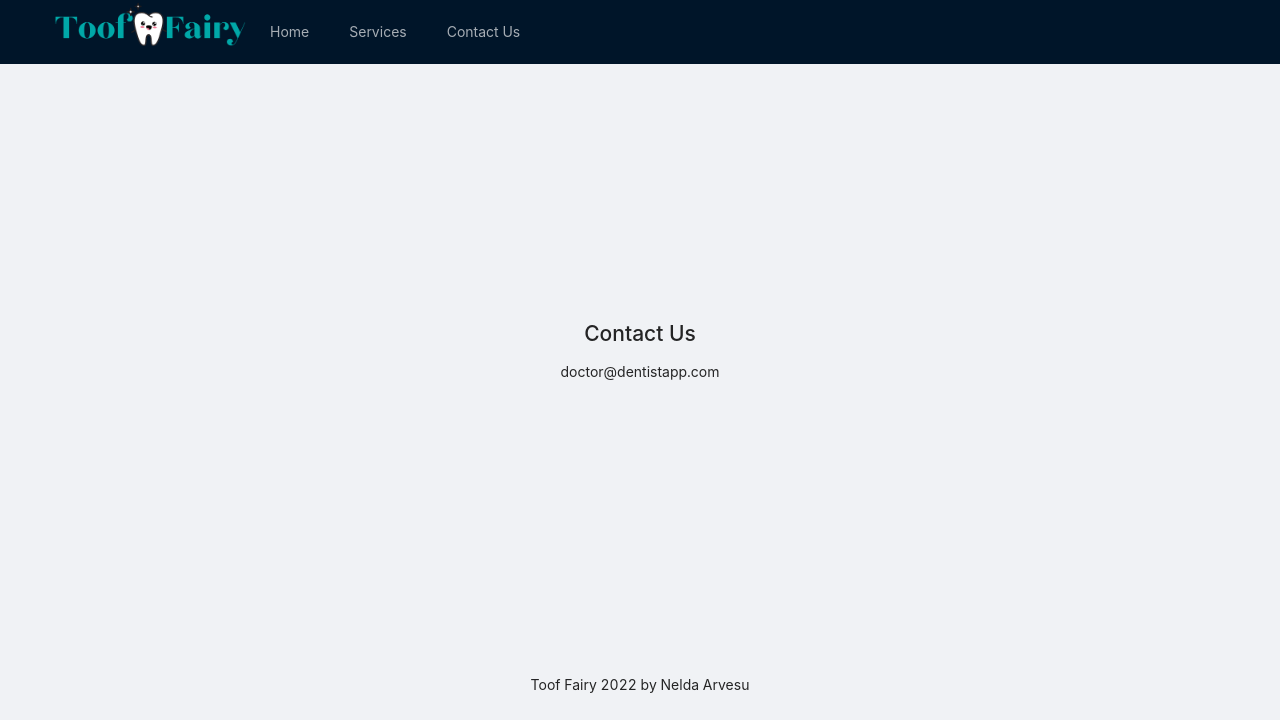
Repository: neldad1/dentist-app
Page: /contact
These files come from the project's save history. The page is drawn as it stood at one moment and after a run of saves; the edit follows.
The browser window is 1280 px wide. The pictures show the whole page.
The project was rebuilt for these pictures with package versions that can differ from the ones it lists, and the page was loaded fresh each time. Also part of the build but not shown: src/components/Home.jsx, src/components/Services/Cosmetic.jsx, src/components/Services/Resorative.jsx, src/components/Services/Preventative.jsx. Imported but missing from the stored project, and not drawn on this page: src/components/Services.

Above is the page before, as saved 2022-03-09 14:36:49.

After the next 3 saves:
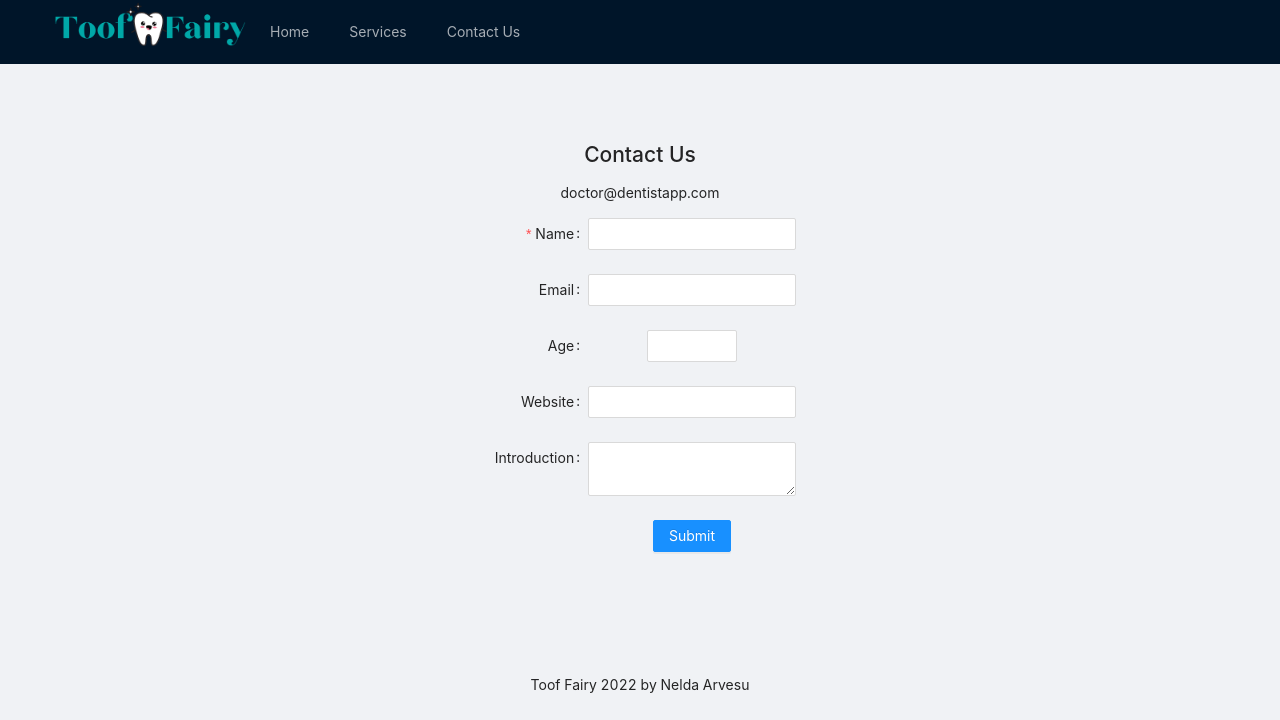
The 3 saves are shown as one change because 2 did not build or start.
The last was saved 3 min 37 s later.
--- a/src/components/Contact.jsx
+++ b/src/components/Contact.jsx
@@ -1,4 +1,5 @@
 import { Form, Input, InputNumber, Button } from 'antd';
+
 const layout = {
   labelCol: {
     span: 8,
@@ -8,11 +9,82 @@ const layout = {
   },
 };
 
+/* eslint-disable no-template-curly-in-string */
+
+const validateMessages = {
+  required: '${label} is required!',
+  types: {
+    email: '${label} is not a valid email!',
+    number: '${label} is not a valid number!',
+  },
+  number: {
+    range: '${label} must be between ${min} and ${max}',
+  },
+};
+/* eslint-enable no-template-curly-in-string */
+
 const Contact = () => {
+  const onFinish = (values) => {
+    console.log(values);
+  };
+
   return (
     <div>
       <h1>Contact Us</h1>
       <p>doctor@dentistapp.com</p>
+      <Form
+        {...layout}
+        name="nest-messages"
+        onFinish={onFinish}
+        validateMessages={validateMessages}
+      >
+        <Form.Item
+          name={['user', 'name']}
+          label="Name"
+          rules={[
+            {
+              required: true,
+            },
+          ]}
+        >
+          <Input />
+        </Form.Item>
+        <Form.Item
+          name={['user', 'email']}
+          label="Email"
+          rules={[
+            {
+              type: 'email',
+            },
+          ]}
+        >
+          <Input />
+        </Form.Item>
+        <Form.Item
+          name={['user', 'age']}
+          label="Age"
+          rules={[
+            {
+              type: 'number',
+              min: 0,
+              max: 99,
+            },
+          ]}
+        >
+          <InputNumber />
+        </Form.Item>
+        <Form.Item name={['user', 'website']} label="Website">
+          <Input />
+        </Form.Item>
+        <Form.Item name={['user', 'introduction']} label="Introduction">
+          <Input.TextArea />
+        </Form.Item>
+        <Form.Item wrapperCol={{ ...layout.wrapperCol, offset: 8 }}>
+          <Button type="primary" htmlType="submit">
+            Submit
+          </Button>
+        </Form.Item>
+      </Form>
     </div>
   );
 };
